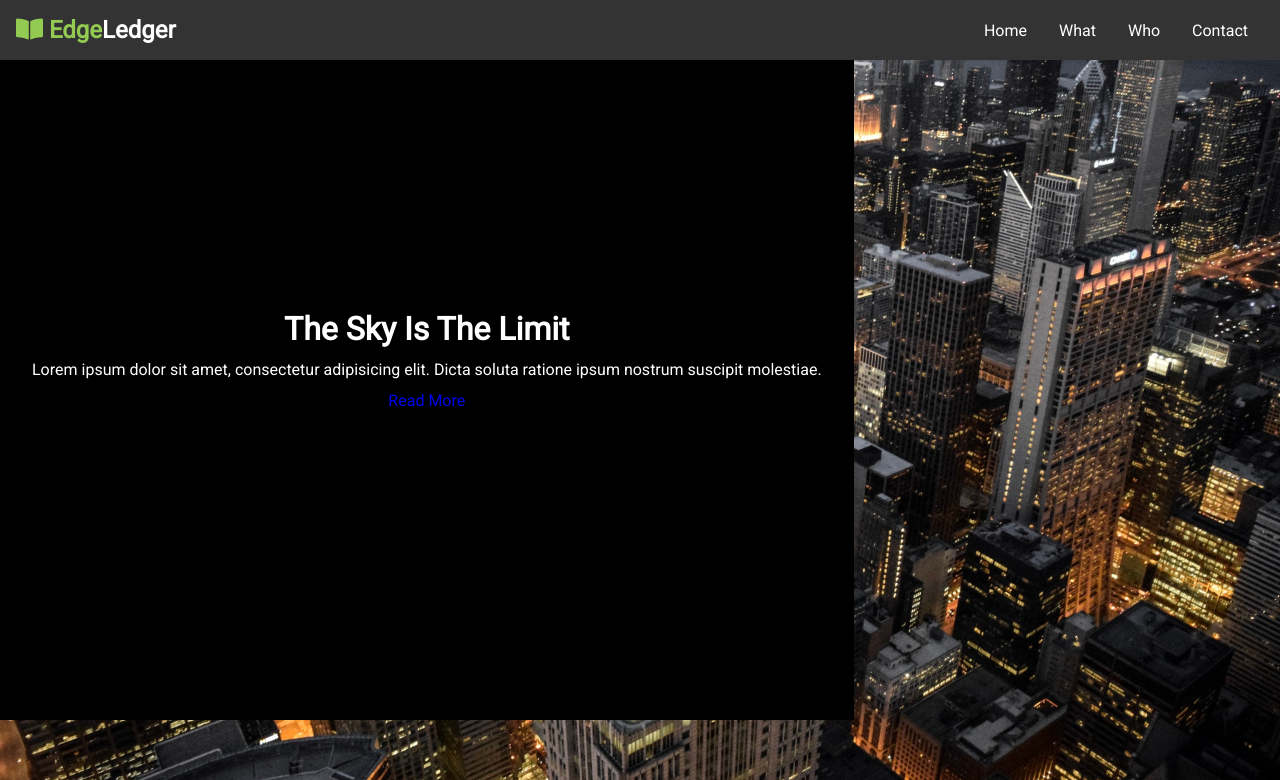
Repository: dimlutine/EdgeLedger
Page: index.html
The author's editor kept a copy of each file at every save. The page is drawn from the files as they stood at one save, then again after the next save.
The browser window is 1280 px wide. The pictures show the whole page.
Some web libraries are served in a nearby version.

Above is the page before, as saved 2019-07-06 18:53:21.

After the next save:
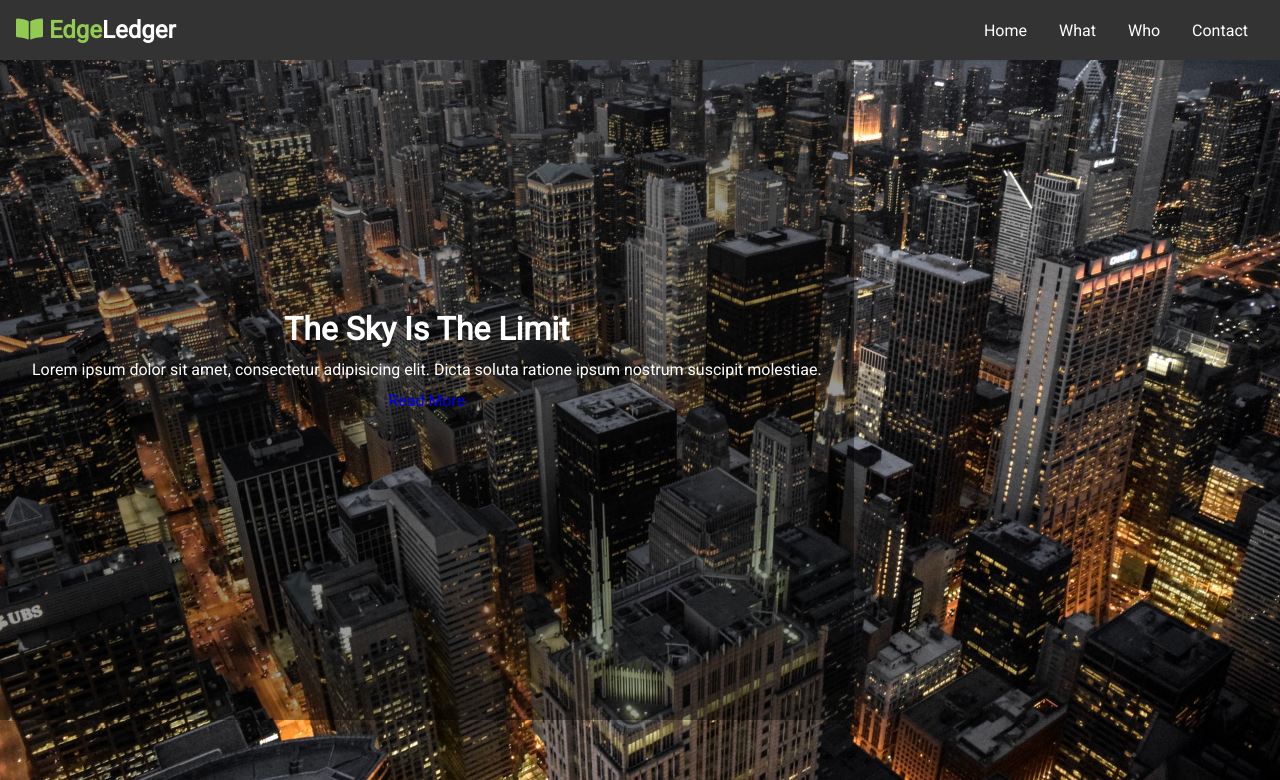
Saved 9 s later.
--- a/css/style.css
+++ b/css/style.css
@@ -75,5 +75,5 @@
     position: absolute;
     top: 0;
     left: 0;
-    background-color: rgba(0, 0, 0, 1);
+    background-color: rgba(0, 0, 0, .4);
 }
